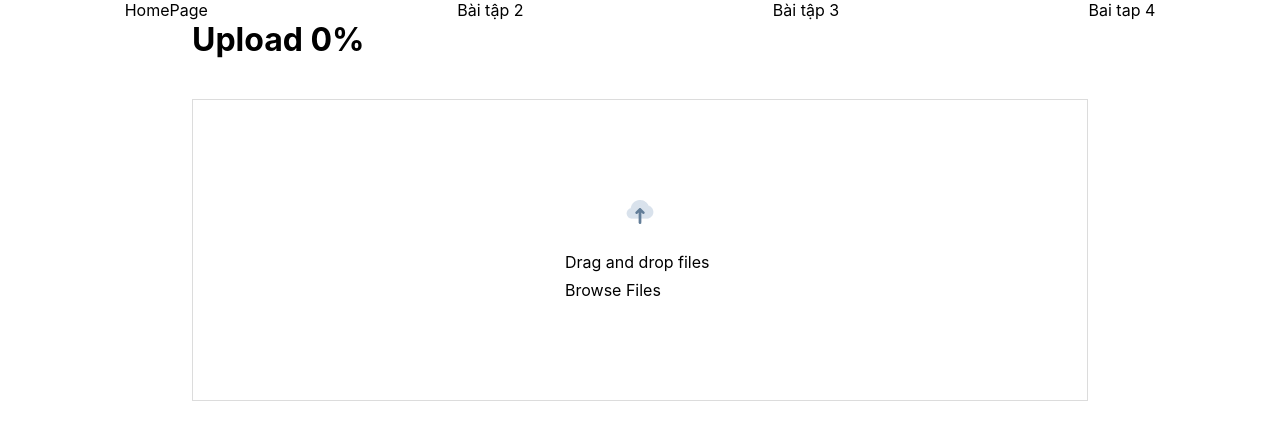
Repository: tungdau93/Training-ReactJS
Page: /bai-tap-3
These files come from the project's save history. The page is drawn as it stood at one moment and after the next save; the edit follows.
The browser window is 1280 px wide. The pictures show the whole page.
The project was rebuilt for these pictures with package versions that can differ from the ones it lists, and the page was loaded fresh each time. Also part of the build but not shown: src/App.css, src/hooks/useClickOutside.js, src/Assignments/BaiTap2.jsx, src/Assignments/HomePage.jsx.

Above is the page before, as saved 2022-10-03 10:51:38.

### src/App.js
import { BrowserRouter, Route, Routes } from "react-router-dom";
import "./App.css";
import BaiTap2 from "./Assignments/BaiTap2";
import BaiTap3 from "./Assignments/BaiTap3";
import HomePage from "./Assignments/HomePage";
import Menu from "./Assignments/Menu";

function App() {
  return (
    <BrowserRouter>
      <Menu />
      <Routes>
        <Route path="/" element={<HomePage />} />
        <Route path="/bai-tap-2" element={<BaiTap2 />} />
        <Route path="/bai-tap-3" element={<BaiTap3 />} />
      </Routes>
    </BrowserRouter>
  );
}

export default App;

### src/Assignments/BaiTap3.jsx
import { ref, uploadBytesResumable } from "@firebase/storage";
import React, { useRef, useState } from "react";
import { storage } from "../firebase";
import "../style/_bai-tap-3.scss";

const BaiTap3 = () => {
  const listUploadedRef = useRef();
  const fileUploadedRef = useRef();

  const [files, setFiles] = useState([]);
  const [progress, setProgress] = useState(0);
  const [isSizeValid, setIsSizeValid] = useState(true);
  const [isActive, setIsActive] = useState(true);
  const [isValidNumberOfFiles, setValidNumberOfFiles] = useState(false);

  const RemoveAddFile = [];

  const handleSlide = () => {
    const listUploadedOffsetWidth = listUploadedRef.current?.offsetWidth;
    const listUploadedClientWidth = listUploadedRef.current?.clientWidth;
    const fileUploadedWidth = fileUploadedRef.current?.offsetWidth;
    const removeSpace = listUploadedOffsetWidth - listUploadedClientWidth;
    console.log(removeSpace);

    if (listUploadedRef.current && fileUploadedRef.current) {
      listUploadedRef.current.scrollTo({
        left: fileUploadedWidth,
        behavior: "smooth",
      });
    }
  };
  const handleAddFiles = (event) => {
    setValidNumberOfFiles(false);
    const file = event.target.files[0];

    event.preventDefault();
    const fileArray = event.target.files;
    for (var j = 0; j < fileArray.length; j++) {
      if (fileArray[j].size > 10485760) {
        setIsSizeValid(false);
        setIsActive(false);
        return;
      }
    }
    setIsActive(true);
    setIsSizeValid(true);

    const newFiles = [...files];
    for (let k = 0; k < fileArray.length; k++) {
      newFiles.push(fileArray[k]);
    }
    setFiles(newFiles);
  };

  const uploadFiles = (file) => {
    if (!file) return;
    const storageRef = ref(storage, `/files/${file.name}`);
    const uploadTask = uploadBytesResumable(storageRef, file);
    uploadTask.on(
      "state_changed",
      (snapshot) => {
        const prog = Math.round(
          (snapshot.bytesTransferred / snapshot.totalBytes) * 100
        );
        setProgress(prog);
      },
      (err) => console.log(err)
    );
  };

  const handleUpload = (event) => {
    event.preventDefault();

    const newFilesUpload = [...files];
    if (files.length > 0 && files.length <= 4) {
      for (let i = 0; i < newFilesUpload.length; i++) {
        uploadFiles(newFilesUpload[i]);
        console.log(newFilesUpload[i]);
        setFiles(RemoveAddFile);
      }
    } else {
      setValidNumberOfFiles(true);
      setFiles(RemoveAddFile);
      setIsActive(false);
    }
  };

  const handleClose = (index) => {
    const fileSelected = files.filter((file) => file.index === index);
    // console.log(newFiles);
    const newFiles = [...files];
    newFiles.pop(fileSelected);
    setFiles([...newFiles]);
  };

  return (
    <div className="drag-drop-files-container">
      <h1>Upload {progress}%</h1>
      {/* <img
        onClick={handleSlide}
        src={require("../assets/images/submit-icon.png")}
        alt=""
        className="slide-icon"
      /> */}

      <div className="drag-drop-files">
        <div className="drag-drop-label">
          <span className="image-drag-drop">
            <img
              alt=""
              src={require("../assets/images/upload-icon.png")}
              width={32}
              height={32}
            />
          </span>
          <span>Drag and drop files</span>
          <span>Browse Files</span>
        </div>

        <input
          id="name"
          type="file"
          className="input-files"
          onChange={handleAddFiles}
          multiple
        />
        {/* <form onSubmit={(event) => handleUpload(event)}>
          <label htmlFor="name" className="drag-and-drop-img">
            <img alt="" src={require("../assets/images/upload-icon.png")} />
          </label>
          <label htmlFor="name" className="drag-and-drop-heading">
            Drag and drop files
          </label>
          <label htmlFor="name" className="drag-and-drop-heading--sub-heading">
            Browse Files
          </label>
          <input
            id="name"
            type="file"
            className="input"
            onChange={handleAddFiles}
            multiple
          />
          <button type="submit" className="submit">
            Upload
          </button>
        </form> */}
      </div>

      {/* {isSizeValid ? (
        <div ref={listUploadedRef} className="show-data--hidden">
          {files &&
            files.map((file, index) => {
              // console.log(file.type);
              return (
                <FileUpload
                  handleClose={() => handleClose(index)}
                  key={index}
                  ref={fileUploadedRef}
                  fileType={file.type}
                  fileName={file.name}
                  fileSize={file.size}
                />
              );
            })}
        </div>
      ) : (
        <span className="maximum-files-size">
          The maximum file size is 10MB
        </span>
      )} */}

      {/* {isValidNumberOfFiles ? (
        <span className="maximum-files-length">
          Maximum length of files is 4
        </span>
      ) : null} */}
    </div>
  );
};

export default BaiTap3;

### src/Assignments/Menu.jsx
  import React from "react";
import { useNavigate } from "react-router-dom";

const styleHomePage={
        display:'flex',
        justifyContent: 'center',
}

const styleUl = {
    display: 'flex',
    justifyContent: 'space-around',
    // ListStyle:"none"
}
const handleMouseOver =(e)=>{
    e.target.style.color = '#DC143C'
}
const handleMouseOut =(e)=>{
    e.target.style.color = '#000'
}

const Menu = () => {
  const navigate = useNavigate();

  const redirectPage = (url) => {
    navigate(url);
  };

  return (
    <div>
      <ul style={styleUl}>
        <li style={{listStyleType:'none'}} onMouseOver={handleMouseOver} onMouseOut={handleMouseOut} onClick={() => redirectPage("/")}>
          <div style={styleHomePage}>HomePage</div>
        </li>
        <li style={{listStyleType:'none'}}  onMouseOver={handleMouseOver} onMouseOut={handleMouseOut} onClick={() => redirectPage("/bai-tap-2")}>
          <div >Bài tập 2</div>
        </li>
        <li style={{listStyleType:'none'}} onMouseOver={handleMouseOver} onMouseOut={handleMouseOut} onClick={() => redirectPage("/bai-tap-3")}>
          <div >Bài tập 3</div>
        </li>
        <li style={{listStyleType:'none'}} onMouseOver={handleMouseOver} onMouseOut={handleMouseOut} onClick={() => redirectPage("/bai-tap-4")}>
          <div >Bai tap 4

          </div>
        </li>
      </ul>
    </div>
  );
};

export default Menu;

### src/style/_bai-tap-2.scss
*{
    padding: 0;
    margin:0;
}
.app {
    background-color:#1E1E1E;
    #title {
        top:-976px;
        left:-1124px;
        color:#a0a0a0;
        width: 2227px;
        height:1933px;
        &:hover{
            color:#99CCFF;
            opacity:.6;
    }
    }
    .app__container{
        width: 2227px; ;
        height: 1933px;
        background-color:#F8F8F8;
        position:relative;
        .app__container--heading{
            display: flex;
            flex-direction: row;
            align-items: center;
            padding: 50px 99px 50px 56px;
            gap: 10px;
            display:block;

            position: absolute;
            width: 2227px;
            height: 140px;
            left: 0px;
            top: 0px;
            background-color:#333333;
            .app__container--heading-name{
                display: flex;
                flex-direction: row;
                align-items: center;
                padding: 0px;
                gap: 30px;

                width: 323px;
                height: 56px;


                /* Inside auto layout */

                flex: none;
                order: 0;
                flex-grow: 0;
                .app__container--heading-name--japanese{
                    width: 144px;
                    height: 56px;

                    font-family: 'Roboto';
                    font-style: normal;
                    font-weight: 700;
                    font-size: 48px;
                    line-height: 56px;




                /* White */

                    color: #FFFFFF;


                /* Inside auto layout */

                    flex: none;
                    order: 0;
                    flex-grow: 0;

                }
                .app__container--heading-name--english{
                    width: 149px;
                height: 38px;

                font-family: 'Roboto';
                font-style: normal;
                font-weight: 400;
                font-size: 32px;
                line-height: 38px;
                /* identical to box height */


                /* White */

                color: #FFFFFF;


                /* Inside auto layout */

                flex: none;
                order: 1;
                flex-grow: 0;
                }
            }
        }
        .app__container--input-wrapper{
    position: relative;
    display: flex;
    flex-direction: column;
    align-items: flex-start;
    padding: 0px;

    position: absolute;
    width: 400px;
    height: 46px;
    left: 379px;
    top: 308px;
    .app__container--input-wrapper--input{
        box-sizing: border-box;

    /* Auto layout */


    display: flex;
    flex-direction: row;
    align-items: center;
    padding: 8px 10px;
    gap: 4px;

    width: 400px;
    height: 49px;

    background: rgba(230, 249, 255, 0.2);
    /* Black / 04 */

    border: 1px solid #DBDBDB;
    border-radius: 4px;

    /* Inside auto layout */

    flex: none;
    order: 0;
    align-self: stretch;
    flex-grow: 0;



            }

     .fa-thin{
    position: absolute;
            }
    .app__container--input-wrapper--dropdown-list{
display: flex;

display:none;
// flex-direction: column;
// align-items: flex-start;
position: absolute;
width: 400px;
height: 128px;
left: 0;
top: 49px;
// background-color: yellow;

filter: drop-shadow(0px 1px 8px rgba(102, 102, 102, 0.25));
border-radius: 4px;
        .app__container--input-wrapper--dropdown-list--item1{
            position: absolute;
            width: 100%;
            height: 49px;
            background: rgba(230, 249, 255, 0.2);
            border-radius: 4px;
            display:block

        }
        .app__container--input-wrapper--dropdown-list--item2{
            position: absolute;
            width: 100%;
            height: 49px;
            border-radius: 4px;
            background: rgba(230, 249, 255, 0.2);
            top: 49px;
            display:block


        }
        .app__container--input-wrapper--dropdown-list--item3{
            position: absolute;
            width: 100%;
            height: 49px;
            border-radius: 4px;
            background: rgba(230, 249, 255, 0.2);
            top:98px;
            display:block


        }

    }
}


    }
}

### src/firebase.js
import { initializeApp } from "firebase/app";
import { getStorage } from "firebase/storage";

const firebaseConfig = {
    apiKey: "AIzaSyBDyCwxOmrur5hog0XVVwqIkyzdGhH8h4w",
    authDomain: "fir-upload-d710f.firebaseapp.com",
    projectId: "fir-upload-d710f",
    storageBucket: "fir-upload-d710f.appspot.com",
    messagingSenderId: "230877422747",
    appId: "1:230877422747:web:8e36d237d55b89ca5f923e",
    measurementId: "G-Q111WB6C29"
  };

  export const app = initializeApp(firebaseConfig);
  export const storage = getStorage(app);

### src/style/_bai-tap-3.scss
//   .slide-icon {
//     top: 560px;
//     left: 1398px;
//     width: 40px;
//     height: 38px;
//     border-radius: 50%;
//     border: solid #fff;
//     &:hover {
//       border: #107ce0 solid 3px;
//     }
//   }
//   .drag-and-drop {
//     display: flex;
//     justify-content: center;
//     width: 842px;
//     height: 232px;
//     left: 579px;
//     // right: 79.24%;
//     top: 249px;
//     background: #f8f8f8;
//     border: 1px solid #dcdcdc;
//     border-radius: 7px;
//     z-index: 1;
//     .drag-and-drop-img {
//       top: 45px;
//       left: 381px;
//       display: flex;
//       position: absolute;
//       min-width: 70px;
//       min-height: 70px;

//       justify-content: center;
//       align-items: center;
//     }
//     .drag-and-drop-heading {
//       top: 113px;
//       left: 342px;
//       display: flex;
//       position: absolute;
//       min-width: 100px;
//       align-items: center;
//       justify-content: center;
//       font-family: "Noto Sans";
//       font-style: normal;
//       font-weight: 700;
//       font-size: 18px;
//       line-height: 22px;
//       color: #333333;
//     }
//     .drag-and-drop-heading--sub-heading {
//       top: 137px;
//       left: 373px;
//       position: absolute;
//       min-width: 50px;
//       align-items: center;
//       justify-content: center;
//       font-family: "Noto Sans";
//       font-style: normal;
//       font-size: 18px;
//       line-height: 22px;
//       color: #333333;
//       text-decoration: underline;
//     }
//     &:hover {
//       border: 1px solid #107ce0;
//     }
//     .input {
//       width: 842px;
//       height: 232px;
//       position: absolute;
//       // right: 79.24%;
//       background: #f8f8f8;
//       // border: 1px solid #dcdcdc;
//       border-radius: 7px;
//       z-index: -1;
//       color: transparent;

//       &::-webkit-file-upload-button {
//         display: none;
//       }
//     }
//     .submit {
//       position: absolute;
//       top: 360px;
//       left: 359px;
//       width: 113px;
//       height: 43px;
//       border-radius: 3px;
//       z-index: -1;
//       border: none;
//       &:hover {
//         border: 1px solid #107ce0;
//       }
//     }
//     .submit-img {
//       position: absolute;
//       top: 261px;
//       left: 825px;
//       width: 32px;
//       height: 32px;
//       border-radius: 50%;
//       z-index: 1;
//     }
//     .drag-and-drop--upload-icon {
//       position: absolute;
//       height: 18.67px;
//       width: 26.67px;
//       top: 64px;
//       left: 397.67px;
//       right: 417.67px;
//       z-index: 1;
//     }

//   }

//   .drag-and-drop--alert {
//     width: 842px;
//     height: 232px;
//     position: relative;
//     left: 579px;
//     // right: 79.24%;
//     top: 249px;
//     background: #f8f8f8;
//     border: 1px solid  #ED5D5D;
//     border-radius: 7px;
//     z-index: 1;
//     .drag-and-drop-img {
//       top: 45px;
//       left: 381px;
//       display: flex;
//       position: absolute;
//       min-width: 70px;
//       min-height: 70px;

//       justify-content: center;
//       align-items: center;
//     }
//     .drag-and-drop-heading {
//       top: 113px;
//       left: 342px;
//       display: flex;
//       position: absolute;
//       min-width: 100px;
//       align-items: center;
//       justify-content: center;
//       font-family: "Noto Sans";
//       font-style: normal;
//       font-weight: 700;
//       font-size: 18px;
//       line-height: 22px;
//       color: #333333;
//     }
//     .drag-and-drop-heading--sub-heading {
//       top: 137px;
//       left: 373px;
//       position: absolute;
//       min-width: 50px;
//       align-items: center;
//       justify-content: center;
//       font-family: "Noto Sans";
//       font-style: normal;
//       font-size: 18px;
//       line-height: 22px;
//       color: #333333;
//       text-decoration: underline;
//     }
//     &:hover {
//       border: 1px solid #107ce0;
//     }
//     .input {
//       width: 842px;
//       height: 232px;
//       position: absolute;
//       // right: 79.24%;
//       background: #f8f8f8;
//       // border: 1px solid #dcdcdc;
//       border-radius: 7px;
//       z-index: -1;
//       color: transparent;

//       &::-webkit-file-upload-button {
//         display: none;
//       }
//     }
//     .submit {
//       position: absolute;
//       top: 360px;
//       left: 359px;
//       width: 113px;
//       height: 43px;
//       border-radius: 3px;
//       z-index: -1;
//       border: none;
//       &:hover {
//         border: 1px solid #107ce0;
//       }
//     }
//     .submit-img {
//       position: absolute;
//       top: 261px;
//       left: 825px;
//       width: 32px;
//       height: 32px;
//       border-radius: 50%;
//       z-index: 1;
//     }
//     .drag-and-drop--upload-icon {
//       position: absolute;
//       height: 18.67px;
//       width: 26.67px;
//       top: 64px;
//       left: 397.67px;
//       right: 417.67px;
//       z-index: 1;
//     }

//   }

//   .invalid {
//     position: absolute;
//     top: 93px;
//     left: 32px;
//     width: 24px;
//     height: 32px;
//     background-color: rgba(255, 0, 0, 0.5);
//     border: solid 0.5px rgb(153, 167, 181);
//     border-radius: 3px;
//   }

// .maximum-files-length{
//     color: #ED5D5D;
//     top: 169px;
//     position: relative;
//     left: 581px;
// }

// .maximum-files-size{
//   color: #ED5D5D;
//   top: 278px;
//   position: relative;
//   left: 581px;
// }

.drag-drop-files-container {
  width: 70%;
  margin: auto;

  .drag-drop-files {
    display: flex;
    justify-content: center;
    margin-top: 40px;
    border: 1px solid #dcdcdc;
    height: 300px;
    position: relative;

    .drag-drop-label {
      display: flex;
      flex-direction: column;
      min-width: 150px;
      position: absolute;
      bottom: calc(300px - 54px - 150px);

      .image-drag-drop {
        display: flex;
        justify-content: center;

        img {
          margin-bottom: 16px;
        }
      }

      span {
        margin: 4px 0;
      }
    }

    .input-files {
      width: 100%;
      opacity: 0;
    }
  }
}

Loaded but not shown: public/index.html (common file); src/index.js (common file); src/index.css (common file); src/reportWebVitals.js (common file)

After the next save:
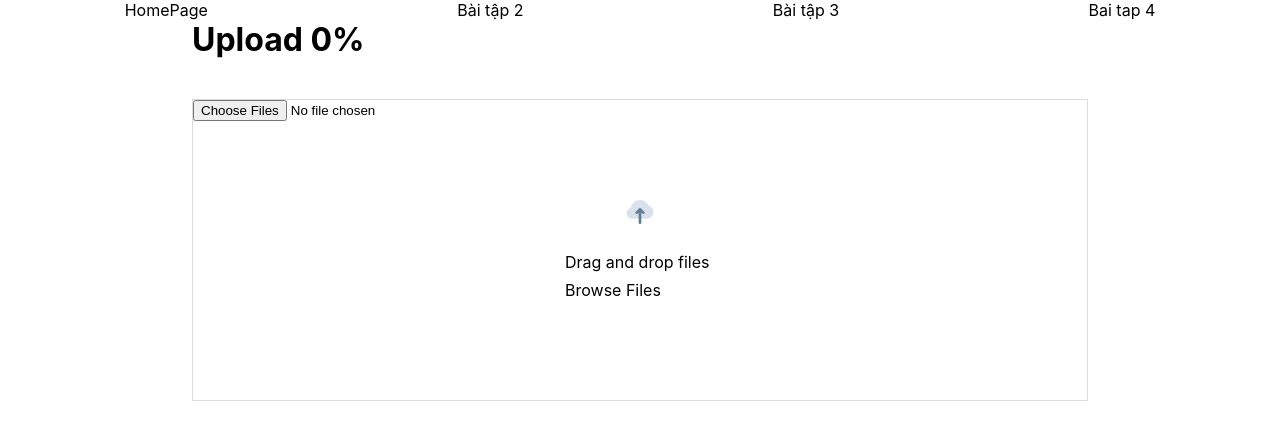
Saved 4 min 25 s later.
--- a/src/style/_bai-tap-3.scss
+++ b/src/style/_bai-tap-3.scss
@@ -276,7 +276,7 @@
 
     .input-files {
       width: 100%;
-      opacity: 0;
+      display: 0;
     }
   }
 }

After the 2 saves that followed:
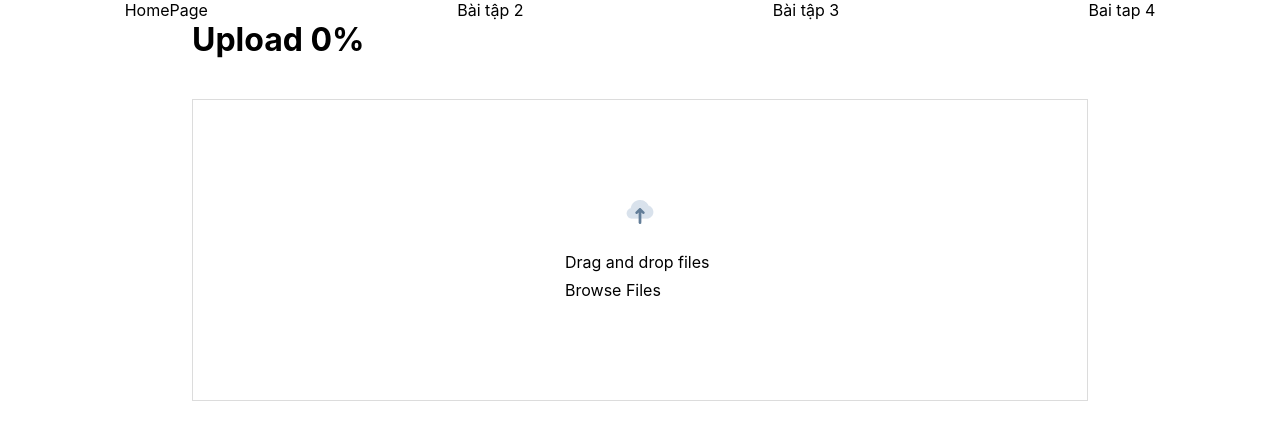
The 2 saves are shown as one change because 1 left the picture as it was.
The last was saved 10 s later.
--- a/src/style/_bai-tap-3.scss
+++ b/src/style/_bai-tap-3.scss
@@ -276,7 +276,7 @@
 
     .input-files {
       width: 100%;
-      display: 0;
+      opacity: 0;
     }
   }
 }
